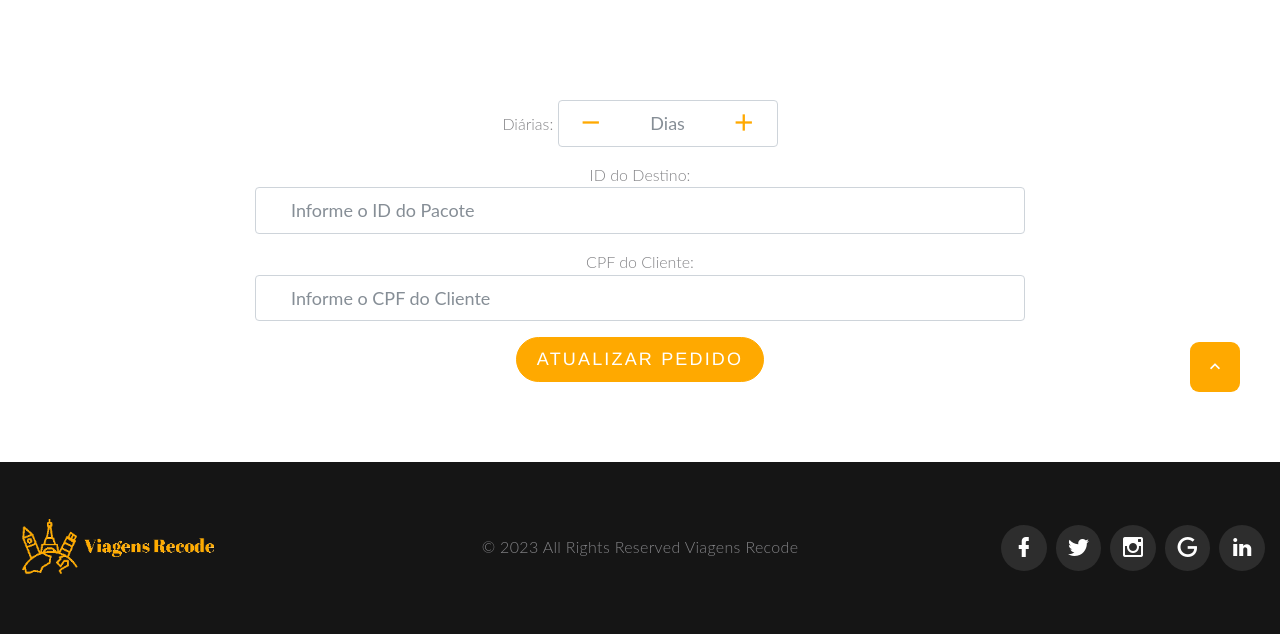
Repository: LiraS23/RecodePro2023-Modulo-4
Page: http://localhost/Modulo4/editarPedido.jsp
These files come from the project's save history. The page is drawn as it stood at one moment and after the next save; the edit follows.
The browser window is 1280 px wide. The pictures show the part of the page from y = 388 to 1245 px (the page is 1022 px tall before and 1245 px after).
Some web fonts or font styles are not loaded; a fallback is used. The page is served by Tomcat 10.

Above is the page before, as saved 2023-11-03 20:07:30.

After the next save:
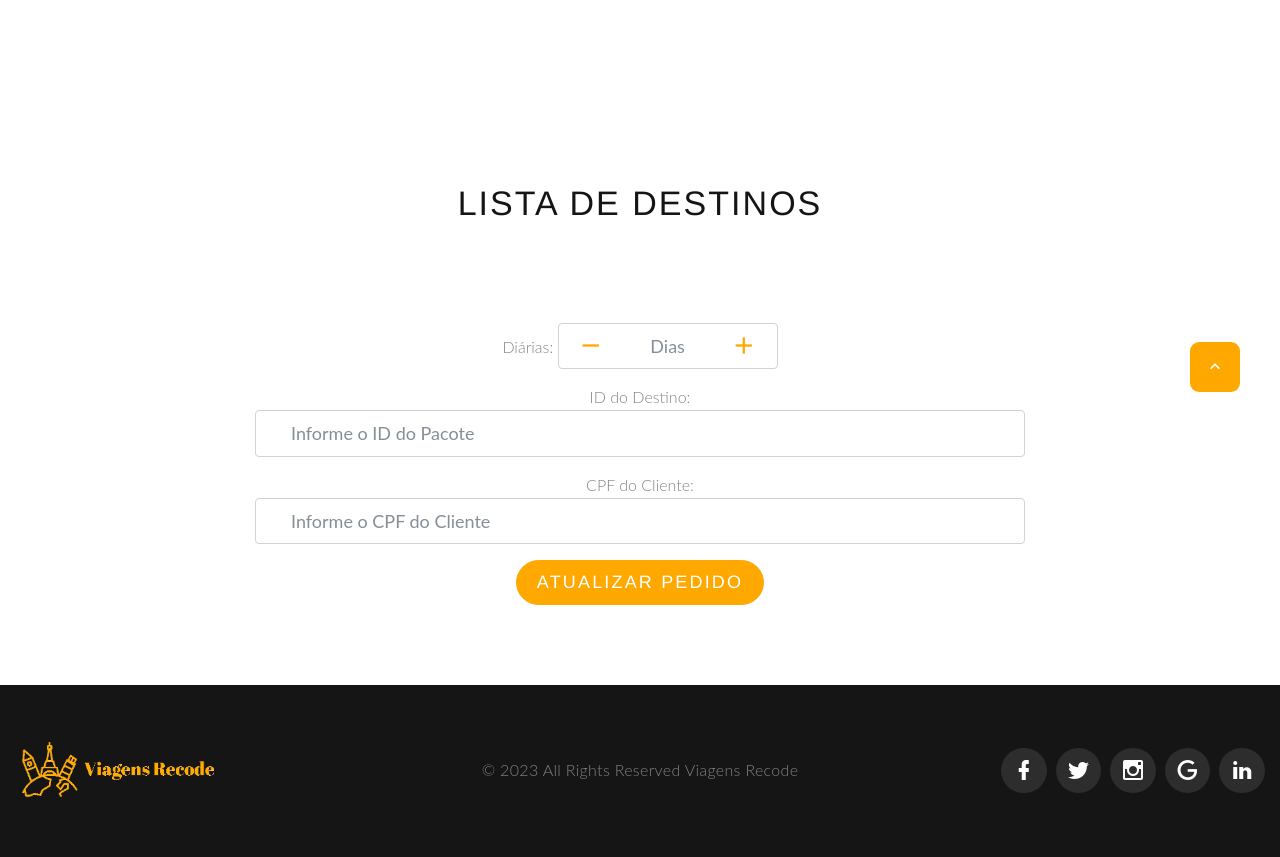
Saved 28 s later.
--- a/java/Modulo4/src/main/webapp/editarPedido.jsp
+++ b/java/Modulo4/src/main/webapp/editarPedido.jsp
@@ -86,6 +86,15 @@
 			<div class="container">
 				<div class="row justify-content-center">
 					<div class="col-md-8">
+						<div class="section section-lg">
+							<h3>Lista de destinos</h3>
+							<!-- Tabela para listar os pacotes -->
+							<table class="table">
+								<tbody id="lista-destinos">
+									<!-- Os dados da lista de destinos serão inseridos aqui -->
+								</tbody>
+							</table>
+						</div>
 						<!--form-->
 						<form class="" data-form-output="form-output-global"
 							data-form-type="cadastro" method="post"
